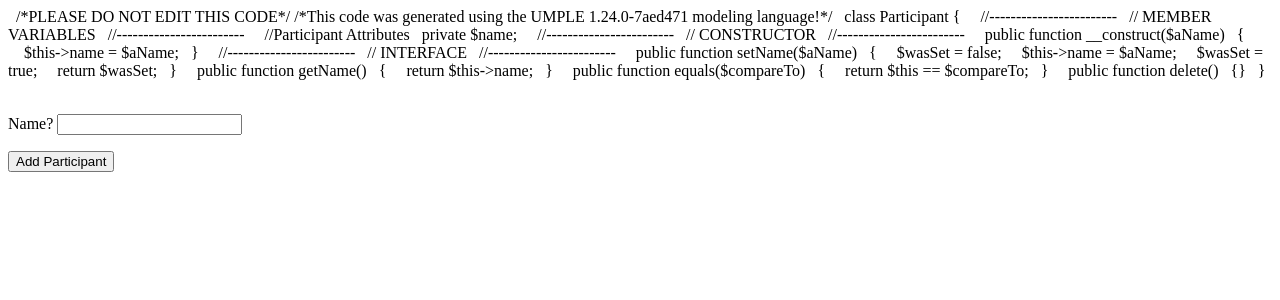
Repository: couttsb/Assignment1
Page: http://localhost/index.php
An editor plug-in stored every save of this project. The page is shown before and after the next save, followed by the edit.
The browser window is 1280 px wide. The pictures show the whole page.
The page is run by PHP 8.4 with error messages shown; the project is at /var/www/html/.

Above is the page before, as saved 2016-09-27 03:53:18.

### Online/EventRegistration/index.php
<!DOCTYPE html>
<html>
	<head>
		<meta charset="UTF-8">
		<title>Event Registration</title>
		<style>
			.error {color: #FF0000;}
		</style>
	</head>
	<body>
		<?php
		require_once "Model/Participant.php";

		session_start();

		?>
		<form action="addparticipant.php" method="post">
			<p>Name? <input type="text" name="participant_name" />
			<span class="error">
			<?php
			if (isset($_SESSION['errorParticipantName'])&& !empty($_SESSION['errorParticipantName'])) {
				echo " * " . $_SESSION["errorParticipantName"];
			}
			?>
			</span></p>
			<p><input type="submit" value="Add Participant"/></p>
		</form>
	</body>
</html>

### Online/EventRegistration/Model/Participant.php
&nbsp;
/*PLEASE DO NOT EDIT THIS CODE*/
/*This code was generated using the UMPLE 1.24.0-7aed471 modeling language!*/
&nbsp;
class Participant
{
&nbsp;
&nbsp;&nbsp;//------------------------
&nbsp;&nbsp;// MEMBER VARIABLES
&nbsp;&nbsp;//------------------------
&nbsp;
&nbsp;&nbsp;//Participant Attributes
&nbsp;&nbsp;private $name;
&nbsp;
&nbsp;&nbsp;//------------------------
&nbsp;&nbsp;// CONSTRUCTOR
&nbsp;&nbsp;//------------------------
&nbsp;
&nbsp;&nbsp;public function __construct($aName)
&nbsp;&nbsp;{
&nbsp;&nbsp;&nbsp;&nbsp;$this->name = $aName;
&nbsp;&nbsp;}
&nbsp;
&nbsp;&nbsp;//------------------------
&nbsp;&nbsp;// INTERFACE
&nbsp;&nbsp;//------------------------
&nbsp;
&nbsp;&nbsp;public function setName($aName)
&nbsp;&nbsp;{
&nbsp;&nbsp;&nbsp;&nbsp;$wasSet = false;
&nbsp;&nbsp;&nbsp;&nbsp;$this->name = $aName;
&nbsp;&nbsp;&nbsp;&nbsp;$wasSet = true;
&nbsp;&nbsp;&nbsp;&nbsp;return $wasSet;
&nbsp;&nbsp;}
&nbsp;
&nbsp;&nbsp;public function getName()
&nbsp;&nbsp;{
&nbsp;&nbsp;&nbsp;&nbsp;return $this->name;
&nbsp;&nbsp;}
&nbsp;
&nbsp;&nbsp;public function equals($compareTo)
&nbsp;&nbsp;{
&nbsp;&nbsp;&nbsp;&nbsp;return $this == $compareTo;
&nbsp;&nbsp;}
&nbsp;
&nbsp;&nbsp;public function delete()
&nbsp;&nbsp;{}
&nbsp;
}
&nbsp;
&nbsp;
&nbsp;
&nbsp;

After the next save:
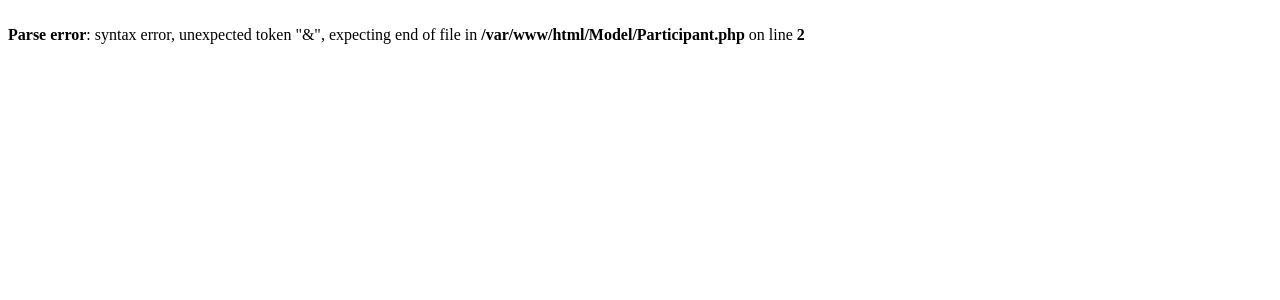
Saved 7 min 15 s later.
--- a/Online/EventRegistration/Model/Participant.php
+++ b/Online/EventRegistration/Model/Participant.php
@@ -1,3 +1,4 @@
+<?php
 &nbsp;
 /*PLEASE DO NOT EDIT THIS CODE*/
 /*This code was generated using the UMPLE 1.24.0-7aed471 modeling language!*/
@@ -51,3 +52,4 @@
 &nbsp;
 &nbsp;
 &nbsp;
+?>

After the save that followed:
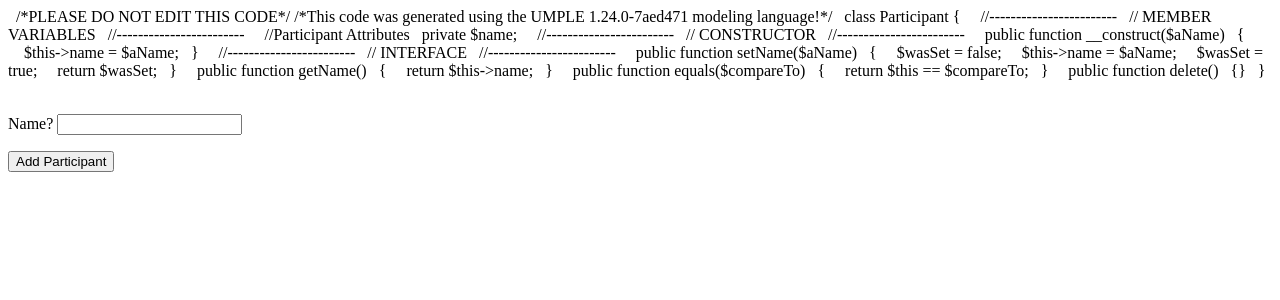
Saved 24 s later.
--- a/Online/EventRegistration/Model/Participant.php
+++ b/Online/EventRegistration/Model/Participant.php
@@ -1,4 +1,3 @@
-<?php
 &nbsp;
 /*PLEASE DO NOT EDIT THIS CODE*/
 /*This code was generated using the UMPLE 1.24.0-7aed471 modeling language!*/
@@ -52,4 +51,3 @@
 &nbsp;
 &nbsp;
 &nbsp;
-?>
